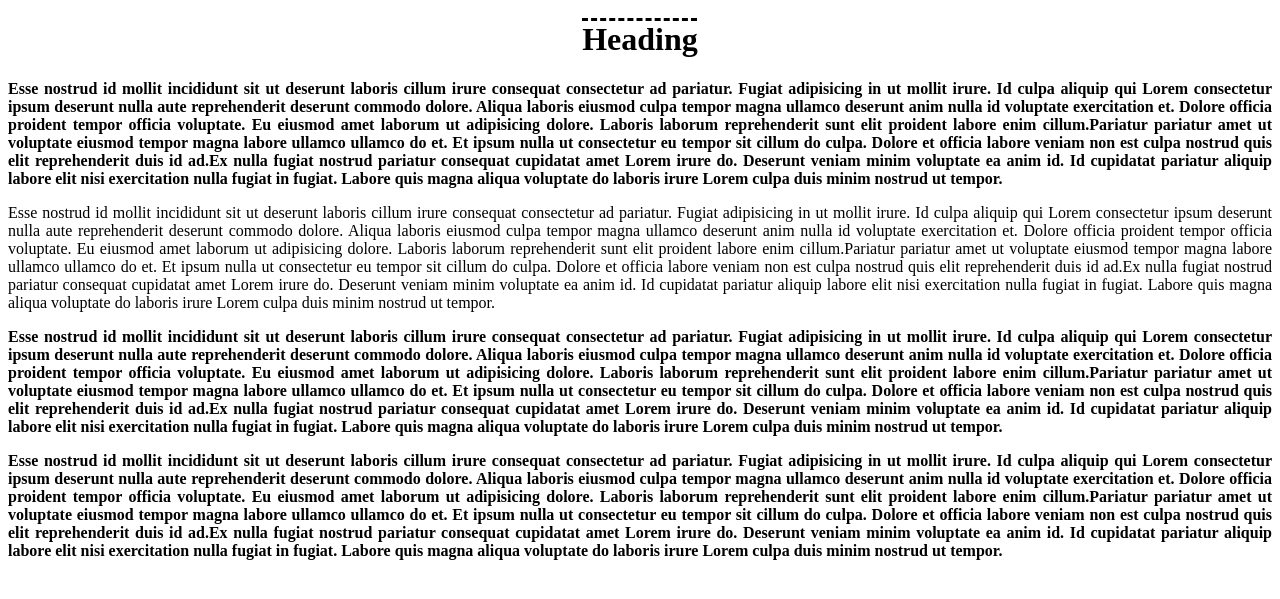
Repository: rakeshkolpepatil/CSS_Apana_College
Page: index.html
An editor plug-in stored every save of this project. The page is shown before and after the next save, followed by the edit.
The browser window is 1280 px wide. The pictures show the whole page.

Above is the page before, as saved 2023-06-22 09:43:43.

After the next save:
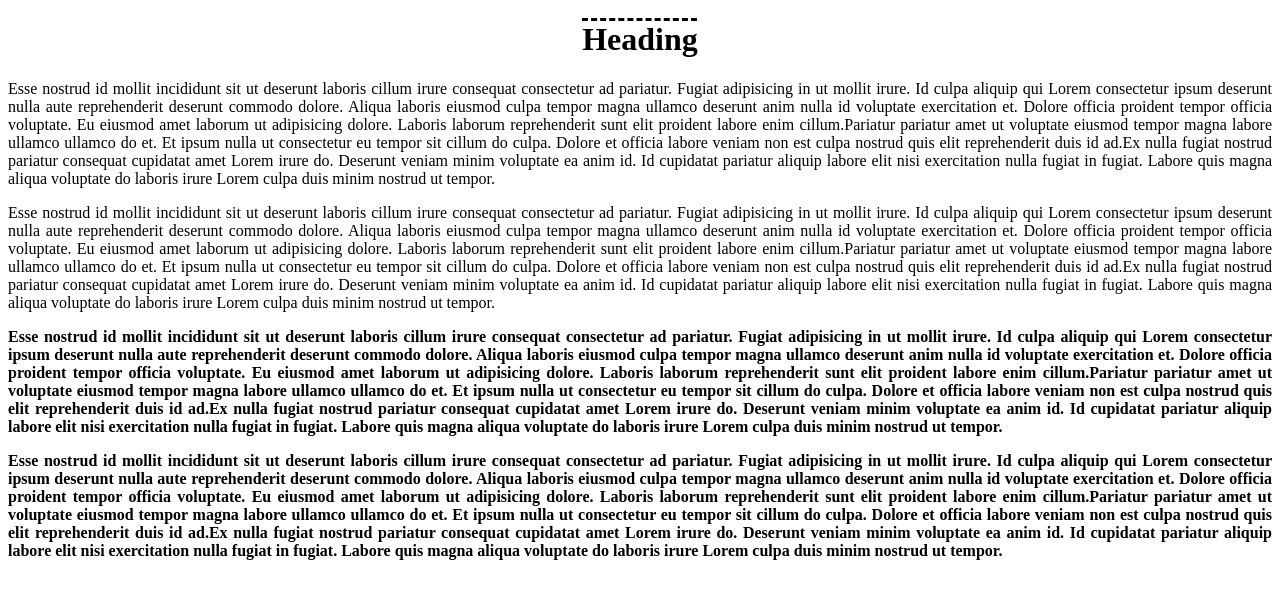
Saved 5 s later.
--- a/styleTwo.css
+++ b/styleTwo.css
@@ -5,7 +5,7 @@ h1{
 }
 #pOne{
   text-align: justify;
-  font-weight: 700;
+  font-weight: 100;
 }
 #pTwo{
   text-align: justify;
